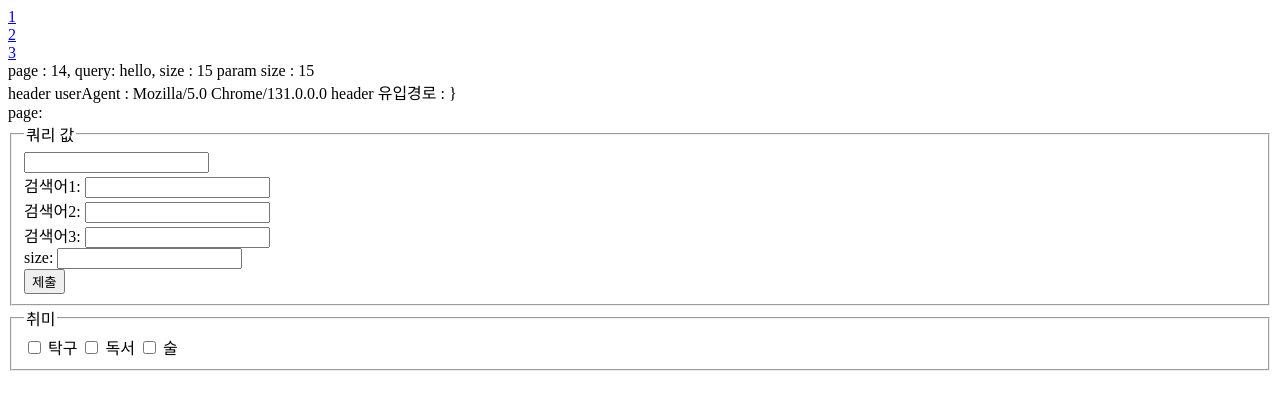
Repository: 12hongkildong/ttest
Page: http://localhost/webPrj/input?p=14&q=hello&s=15
These files come from the project's save history. The page is drawn as it stood at one moment and after the next save; the edit follows.
The browser window is 1280 px wide. The pictures show the whole page.
The page is served by Tomcat 10. Other server files are loaded and not shown.

Above is the page before, as saved 2023-02-17 09:16:23.

### workspace/webPrj/src/main/webapp/WEB-INF/view/input.jsp
<%@ page language="java" contentType="text/html; charset=EUC-KR"
    pageEncoding="utf-8"%>
<%@ taglib prefix="c" uri="http://java.sun.com/jsp/jstl/core" %>
<c:set var="size" value="1000" />

<%-- <%@ teglib prefix="c" url="http://java.sun.com/jsp/jstl/core" %>
<c:set var="size" value="1000" /> --%>
<!DOCTYPE html>
<html>
<head>
<meta charset="utf-8">
<title>Insert title here</title>
</head>
<body>
		<a href="/input?p=14&q=hello&s=15">1</a><br>
		<a href="/input?p=17&q=hello&s=19">2</a><br>
		<a href="/input?p=18&q=hello&s=20">3</a><br>
		<div>
			page : ${page }, query: ${query }, size : ${requestScope.size }
			param size : ${param.s }<br>
			header userAgent : ${header["User-Agent"]}
			header 유입경로 : ${header.referer } }
		</div>

		<form action="/input">
		<label>page:</label>

			<fieldset>
				<legend>쿼리 값</legend>
				<input type="text" name="p"><br>
				<label>검색어1:</label>
				<input type="text" name="q1"><br>
				<label>검색어2:</label>
				<input type="text" name="q2"><br>
				<label>검색어3:</label>
				<input type="text" name="q3"><br>
				<label>size:</label>
				<input type="text" name="s"><br>
				<input type="submit" value="제출">
			</fieldset>
			<fieldset>
				<legend>취미</legend>
				<input type="checkbox">
				<label>탁구</label>
				<input type="checkbox">
				<label>독서</label>
				<input type="checkbox">
				<label>술</label>
			</fieldset>
		</form>
</body>
</html>

### workspace/webPrj/src/main/java/com/newlecture/web/InputController.java
package com.newlecture.web;

import java.io.IOException;
import java.io.PrintWriter;

import jakarta.servlet.ServletException;
import jakarta.servlet.annotation.WebFilter;
import jakarta.servlet.annotation.WebServlet;
import jakarta.servlet.http.HttpServlet;
import jakarta.servlet.http.HttpServletRequest;
import jakarta.servlet.http.HttpServletResponse;

@WebServlet("/input")
public class InputController extends HttpServlet{

	@Override
	protected void service(HttpServletRequest request, HttpServletResponse response) throws ServletException, IOException {
//		1. 쿼리 스트림을 이용한 입력znjfl tmxmfladmf dldydgks dlqfur
//			QueryString이란? 데이터 제공하는 방법, 그대신 우리 비밀번호 같은 게 보이게 된다?
//		예: 페이지, 검색어, 레코드 개수, 날짜 범위, 기간...
//		그럼 위의 옵션은 누가 결정하냐? -> 서버
//		그럼 어떤 식으로 서버가 그 값을 받도록 할 것인가?

//		int page = request.getParameter("p");
//		전달한 내용은 무조건 문자열로 오기에 int로 받으니 오류가 나는 것 integer형으로 바꾸나?
//		입력 값은 무조건 문자열이므로 바로 int로 사용할 수 없다.
		response.setContentType("text/html; charset=UTF-8");


		String page = request.getParameter("p");
		String query = request.getParameter("q");

		String size = request.getParameter("s");
		// dlqfur rkqtdmf wjsekfgksms tkdydwksms zldnjemfh ㅔfmf tkdydgkehfhr rufwjdgks ruddn ekdmacjfja rkqtdmf qkedmf tn dlTEk.


//		그럼 요청하는 방법은?
//		input?=1
		PrintWriter out = response.getWriter();
//		http://localhost:8080/input?p=3&q=hello&s=15


		out.println(page);
		out.println(query);
		out.println(size);
		out.write("<br>");
		// dnldml znjfltmxmfladptj 냨ㄷfmf dlqfur qkerl dnlgks zldnjemfmf dho rnedl ㄴfh gotSkdy? -> rmsid 냐
		// 위의 쿼리스트림에서 size를 입력 받기 위한 키워드를 왜 굳이 ㄴfh goTSkdy? rmsid 냨ㄷfh gkwl?
		// 웹의 주소는 원래 1000자 내외의 길이제한이 있다 값을 줄일 수 는 없으니 키워드라도 줄여보자고 했던 것
//		과거 플랫폼과의 호환성 때문이다.
//		여담이지만 최근엔 제한이 없다는 말도 있습니다.



//		2. form을 이용한 입력
//		사실 쿼리 스트릠은 사용자가 전달하는 값이라기 보다 페이지를 제공하는 쪽에서 정해진 값을 선택하게 하는 방식이다.
//		예를 들어 쿼리스트림은 사용자가 url창을 직접 편집하는 것이 아니라 다음처럼 링크에 잇는 경우가 일반적이다
//		<a href="/input?p=2&q=hello&s=15">2</a>
//		<a href="/input?p=3&q=hello&s=15">1</a>
//		d위와 같이 이미 정해진 값 중 하나의 링크를 선택함으로 입력을 요청하게 된다.
//		반면 사용자가 값을 직접 입력하게 하고 싶다면 어떻게 할까? 그때는 form을 제공함으로 입력을 하게 한다.


		request.setAttribute("page", page);
		request.setAttribute("query", query);
		request.setAttribute("size", size);




//		3. 쿠키 입력



//		4. header 입력



//		5. hidden 필드 입력


		request.getRequestDispatcher("/WEB-INF/view/input.jsp").forward(request, response);
	}



}

After the next save:
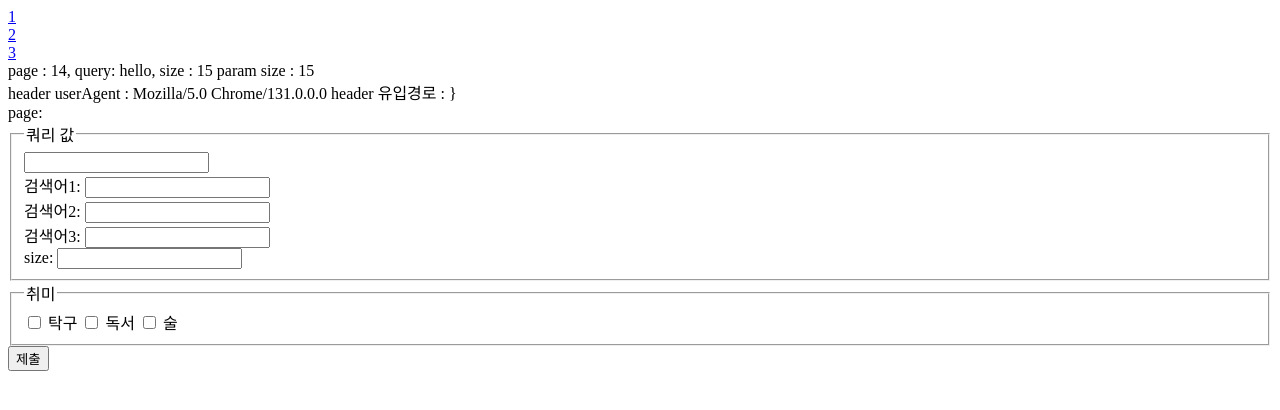
Saved 23 s later.
--- a/workspace/webPrj/src/main/webapp/WEB-INF/view/input.jsp
+++ b/workspace/webPrj/src/main/webapp/WEB-INF/view/input.jsp
@@ -36,7 +36,7 @@
 				<input type="text" name="q3"><br>
 				<label>size:</label>
 				<input type="text" name="s"><br>
-				<input type="submit" value="제출">
+
 			</fieldset>
 			<fieldset>
 				<legend>취미</legend>
@@ -47,6 +47,7 @@
 				<input type="checkbox">
 				<label>술</label>
 			</fieldset>
+							<input type="submit" value="제출">
 		</form>
 </body>
 </html>
